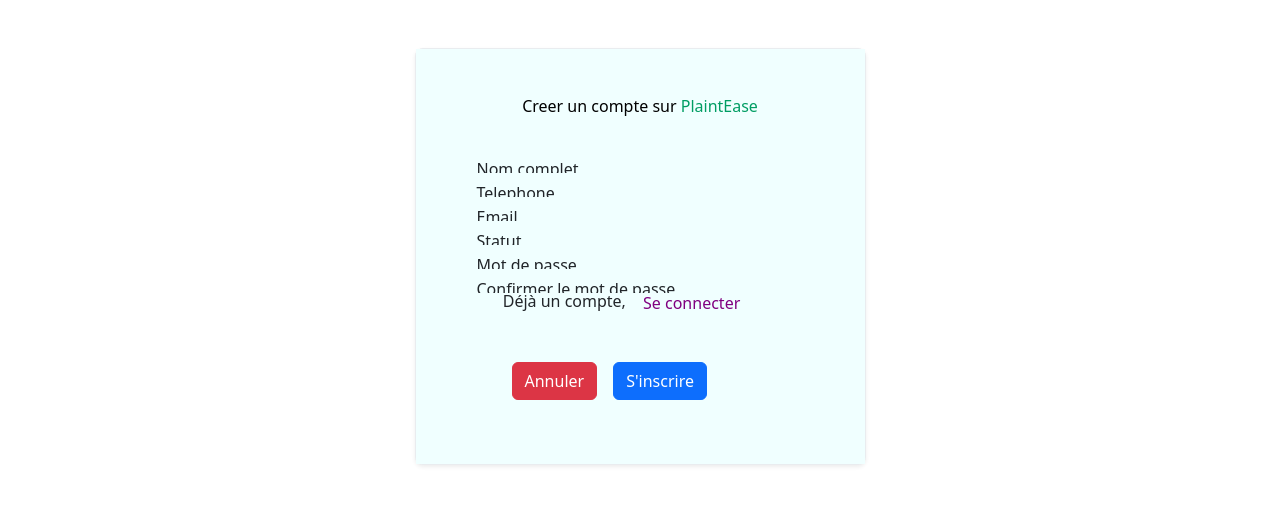
Repository: Senare1/PlaintEasy
Page: accounts/templates/accounts/signup.html
The author's editor kept a copy of each file at every save. The page is drawn from the files as they stood at one save, then again after the next save.
The browser window is 1280 px wide. The pictures show the whole page.
The template is drawn by Django 4.2. The application's start-up code is not run. Other server files are loaded and not shown. The template is opened directly, without the code that normally fills it, so the values that code supplies are empty.

Above is the page before, as saved 2024-08-10 13:26:16.

### accounts/templates/accounts/signup.html
<!DOCTYPE html>
<html lang="en">
<head>
    <meta charset="UTF-8">
    <meta name="viewport" content="width=device-width, initial-scale=1.0">
    <title>Login to ClariSolve</title>
    <link href="https://cdn.jsdelivr.net/npm/bootstrap@5.3.0/dist/css/bootstrap.min.css" rel="stylesheet" />
    <link rel="stylesheet" href="https://cdnjs.cloudflare.com/ajax/libs/bootstrap-icons/1.10.0/font/bootstrap-icons.min.css">
    <link rel="stylesheet" href="https://cdnjs.cloudflare.com/ajax/libs/font-awesome/5.15.3/css/all.min.css" />
    <style>
        a.btn:hover{
            color:khaki
        }
        a.btn{
            color:purple;
        }
        .plaint{
            color: #009d63;
            size: 18px;
        }
    </style>
</head>
<body>

    <section class="py-3 py-md-5">
        <div class="container">
          <div class="row justify-content-center">
            <div class="col-12 col-sm-10 col-md-8 col-lg-6 col-xl-5 col-xxl-4">
              <div class="card border border-light-subtle rounded-3 shadow-sm">
                <div class="card-body p-3 p-md-1 p-xl-5" style="background-color: azure;">
                  <h2 class="fs-6 fw-normal text-center text-black mb-4">Creer un compte sur <span class="plaint">PlaintEase</span></h2>
                  <form method="POST">
                    {% csrf_token %}
                    <div class="row gy-2 overflow-hidden">

                        <div class="col-12">
                            <div class="form-floating mb-3">
                                {{ form.full_name }}
                                <label for="id_full_name" class="form-label">Nom complet</label>
                            </div>
                        </div>

                        <div class="col-12">
                            <div class="form-floating mb-3">
                              {{ form.phone }}
                              <label for="id_phone" class="form-label">Telephone</label>
                            </div>
                          </div>


                          <div class="col-12">
                            <div class="form-floating mb-3">
                              {{ form.email }}
                              <label for="id_email" class="form-label">Email</label>
                            </div>
                          </div>

                          <div class="col-12">
                            <div class="form-floating mb-3">
                              {{ form.status }}
                              <label for="id_status" class="form-label mb-1">Statut</label>
                            </div>
                          </div>

                        <div class="col-12">
                            <div class="form-floating mb-3">
                            {{ form.password1 }}
                            <label for="id_password1" class="form-label">Mot de passe</label>
                            </div>
                        </div>

                      <div class="col-12">
                        <div class="form-floating mb-3">
                          {{ form.password2 }}
                          <label for="id_password2" class="form-label">Confirmer le mot de passe</label>
                        </div>
                      </div>

                      <div class="row mt-2 text-center">
                        <p>
                            Déjà un compte, <a class="btn btn-white text-decoration-none" href="{% url 'login_email' %}">Se connecter</a></p>
                    </div>

                      {% if form.non_field_errors %}
                      <div class="row mt-3">
                          <div class="col-12 alert alert-info alert-dismissible fade show mb-3 rounded-pill w-75" style="color: red;" role="alert">
                              {{ form.non_field_errors }}
                              <button type="button" class="btn-close" data-bs-dismiss="alert" aria-label="Close"></button>
                          </div>
                      </div>
                      {% endif %}
                      <div class="col-12">
                        <div class="d-flex my-3 px-3 mx-3">
                          <button class="btn btn-danger btn-md mx-3" type="reset">Annuler</button>
                          <button class="btn btn-primary btn-md" type="submit">S'inscrire</button>
                        </div>
                      </div>
                    </div>
                  </form>
                </div>
              </div>
            </div>
          </div>
        </div>
      </section>

    <script src="https://cdn.jsdelivr.net/npm/bootstrap@5.3.0/dist/js/bootstrap.bundle.min.js"></script>
</body>
</html>

After the next save:
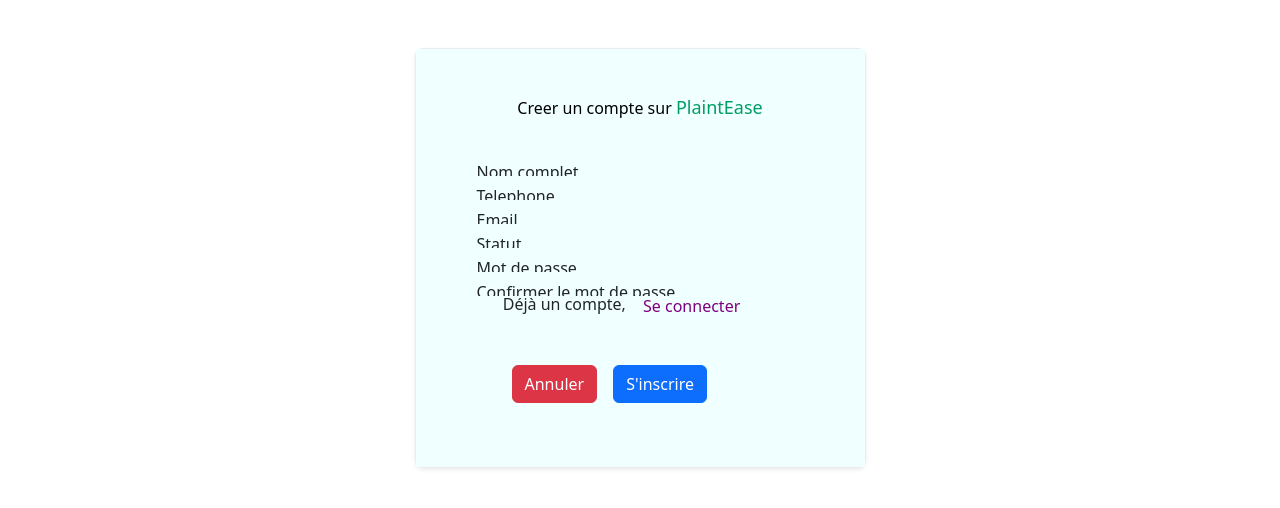
Saved 29 s later.
--- a/accounts/templates/accounts/signup.html
+++ b/accounts/templates/accounts/signup.html
@@ -16,7 +16,7 @@
         }
         .plaint{
             color: #009d63;
-            size: 18px;
+            font-size: 18px;
         }
     </style>
 </head>
